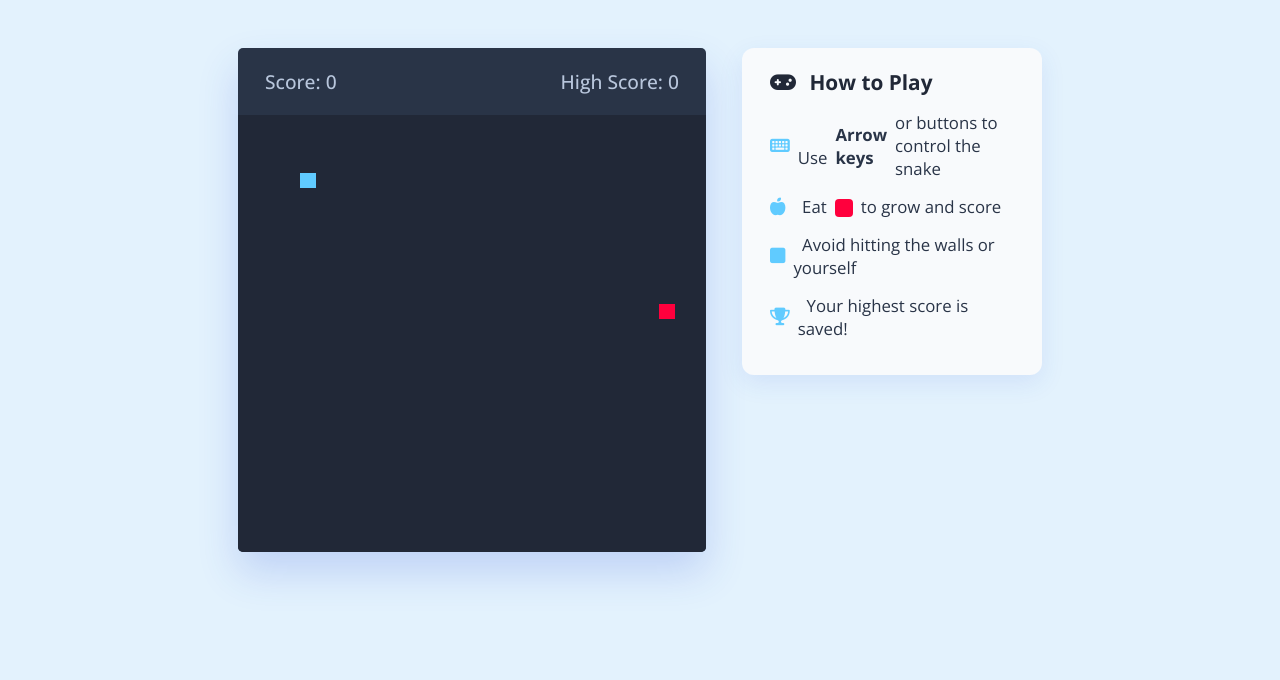
Repository: BinaryVortex/Snake-Game-React
Page: /
An editor plug-in stored every save of this project. The page is shown before and after the next save, followed by the edit.
The browser window is 1280 px wide. The pictures show the whole page.
The project was rebuilt for these pictures with package versions that can differ from the ones it lists, and the page was loaded fresh each time.

Above is the page before, as saved 2025-08-12 09:20:07.

### src/index.js
import React from 'react'
import ReactDOM from 'react-dom/client'
import App from './App'
import '@fortawesome/fontawesome-free/css/all.min.css'

const root = ReactDOM.createRoot(document.getElementById('root'))
root.render(
  <React.StrictMode>
    <App />
  </React.StrictMode>
)

### src/App.js
import React from 'react'
import SnakeGame from './SnakeGame'

function App() {
  return (
    <div>
      <SnakeGame />
    </div>
  )
}

export default App

### src/SnakeGame.js
import React, { useEffect, useRef, useState } from 'react'
import './SnakeGame.sass'

const BOARD_SIZE = 30

const getRandomPosition = () => ({
  x: Math.floor(Math.random() * BOARD_SIZE) + 1,
  y: Math.floor(Math.random() * BOARD_SIZE) + 1,
})

const SnakeGame = () => {
  const [food, setFood] = useState(getRandomPosition())
  const [snake, setSnake] = useState([{ x: 5, y: 5 }])
  const [direction, setDirection] = useState({ x: 0, y: 0 })
  const [score, setScore] = useState(0)
  const [highScore, setHighScore] = useState(
    Number(localStorage.getItem('high-score')) || 0
  )
  const [gameOver, setGameOver] = useState(false)
  const intervalRef = useRef(null)

  const changeDirection = (key) => {
    if (key === 'ArrowUp' && direction.y !== 1) setDirection({ x: 0, y: -1 })
    else if (key === 'ArrowDown' && direction.y !== -1) setDirection({ x: 0, y: 1 })
    else if (key === 'ArrowLeft' && direction.x !== 1) setDirection({ x: -1, y: 0 })
    else if (key === 'ArrowRight' && direction.x !== -1) setDirection({ x: 1, y: 0 })
  }

  useEffect(() => {
    const handleKeyUp = (e) => changeDirection(e.key)
    window.addEventListener('keyup', handleKeyUp)
    return () => window.removeEventListener('keyup', handleKeyUp)
  })

  const controlKeys = ['ArrowLeft', 'ArrowUp', 'ArrowRight', 'ArrowDown']

  useEffect(() => {
    if (gameOver) {
      clearInterval(intervalRef.current)
      setTimeout(() => {
        alert('Game Over! Press OK to replay...')
        window.location.reload()
      }, 50)
      return
    }

    intervalRef.current = setInterval(() => {
      setSnake((prevSnake) => {
        const head = { ...prevSnake[0] }
        head.x += direction.x
        head.y += direction.y

        if (
          head.x <= 0 ||
          head.x > BOARD_SIZE ||
          head.y <= 0 ||
          head.y > BOARD_SIZE ||
          prevSnake.some((segment, i) => i !== 0 && segment.x === head.x && segment.y === head.y)
        ) {
          setGameOver(true)
          return prevSnake
        }

        let newSnake = [head, ...prevSnake.slice(0, -1)]

        if (head.x === food.x && head.y === food.y) {
          setFood(getRandomPosition())
          newSnake = [head, ...prevSnake]
          setScore((s) => {
            const nextScore = s + 1
            if (nextScore > highScore) {
              setHighScore(nextScore)
              localStorage.setItem('high-score', nextScore)
            }
            return nextScore
          })
        }

        return newSnake
      })
    }, 100)

    return () => clearInterval(intervalRef.current)
  }, [direction, food, gameOver, highScore])

  useEffect(() => {
    setDirection({ x: 0, y: 0 })
  }, [])

  const cells = []
  cells.push(
    <div
      key="food"
      className="food"
      style={{ gridArea: `${food.y} / ${food.x}` }}
    />
  )
  snake.forEach((segment, i) => {
    cells.push(
      <div
        key={`snake-${i}`}
        className="head"
        style={{ gridArea: `${segment.y} / ${segment.x}` }}
      />
    )
  })

  return (
    <div className="snake-centerer">
      <div className="snake-layout">
        <div className="wrapper">
          <div className="game-details">
            <span className="score">Score: {score}</span>
            <span className="high-score">High Score: {highScore}</span>
          </div>
          <div className="play-board">{cells}</div>
          <div className="controls">
            {controlKeys.map((key) => (
              <i
                key={key}
                data-key={key}
                className={`fa-solid fa-arrow-${key
                  .replace('Arrow', '')
                  .toLowerCase()}-long`}
                onClick={() => changeDirection(key)}
              />
            ))}
          </div>
        </div>
        <div className="how-to-play-card">
          <h2>
            <i className="fa-solid fa-gamepad"></i>
            &nbsp;How to Play
          </h2>
          <ul>
            <li>
              <i className="fa-solid fa-keyboard"></i>
              &nbsp; Use <b>Arrow keys</b> or buttons to control the snake
            </li>
            <li>
              <i className="fa-solid fa-apple-whole"></i>
              &nbsp; Eat <span className="food-icon"></span> to grow and score
            </li>
            <li>
              <i className="fa-solid fa-square"></i>
              &nbsp; Avoid hitting the walls or yourself
            </li>
            <li>
              <i className="fa-solid fa-trophy"></i>
              &nbsp; Your highest score is saved!
            </li>
          </ul>
        </div>
      </div>
    </div>
  )
}

export default SnakeGame

### src/SnakeGame.sass
@import url('https://fonts.googleapis.com/css2?family=Open+Sans:wght@300;400;500;600;700&display=swap')

*
  margin: 0
  padding: 0
  box-sizing: border-box
  font-family: 'Open Sans', sans-serif

body
  background: #e3f2fd
  min-height: 100vh

.snake-layout
  display: flex
  align-items: flex-start
  justify-content: center
  gap: 36px
  padding-top: 48px

.wrapper
  width: 65vmin
  height: 70vmin
  display: flex
  overflow: hidden
  flex-direction: column
  justify-content: center
  background: #293447
  border-radius: 5px
  box-shadow: 0 20px 40px rgba(52, 87, 220, 0.2)

.game-details
  color: #b8c6dc
  font-weight: 500
  font-size: 1.2rem
  padding: 20px 27px
  display: flex
  justify-content: space-between

.play-board
  height: 100%
  width: 100%
  display: grid
  background: #212837
  grid-template: repeat(30, 1fr) / repeat(30, 1fr)
  .food
    background: #ff003d
  .head
    background: #60cbff

.controls
  display: none
  justify-content: space-between
  i
    padding: 25px 0
    text-align: center
    font-size: 1.3rem
    color: #b8c6dc
    width: calc(100% / 4)
    cursor: pointer
    border-right: 1px solid #171b26

.how-to-play-card
  min-width: 270px
  max-width: 300px
  background: #f8fafc
  border-radius: 12px
  box-shadow: 0 8px 24px rgba(52, 87, 220, 0.10)
  color: #293447
  text-align: left
  padding: 20px 28px
  margin-top: 0
  h2
    font-size: 1.3rem
    margin-bottom: 10px
    font-weight: 700
    color: #212837
    display: flex
    align-items: center
    gap: 8px
  ul
    list-style: none
    padding: 0
    margin: 0
    li
      font-size: 1.05rem
      margin: 15px 0
      display: flex
      align-items: center
      gap: 8px
      i
        color: #60cbff
        font-size: 1.1rem
      .food-icon
        display: inline-block
        width: 18px
        height: 18px
        border-radius: 4px
        background: #ff003d
        vertical-align: middle
        margin-bottom: -2px

@media screen and (max-width: 900px)
  .snake-layout
    flex-direction: column
    align-items: center
    gap: 24px
    padding-top: 24px
  .how-to-play-card
    max-width: 90vw
    margin: 0 auto 24px auto

@media screen and (max-width: 800px)
  .wrapper
    width: 90vmin
    height: 115vmin

  .game-details
    font-size: 1rem
    padding: 15px 27px

  .controls
    display: flex
    i
      padding: 15px 0
      font-size: 1rem

Loaded but not shown: public/index.html (common file)

After the next save:
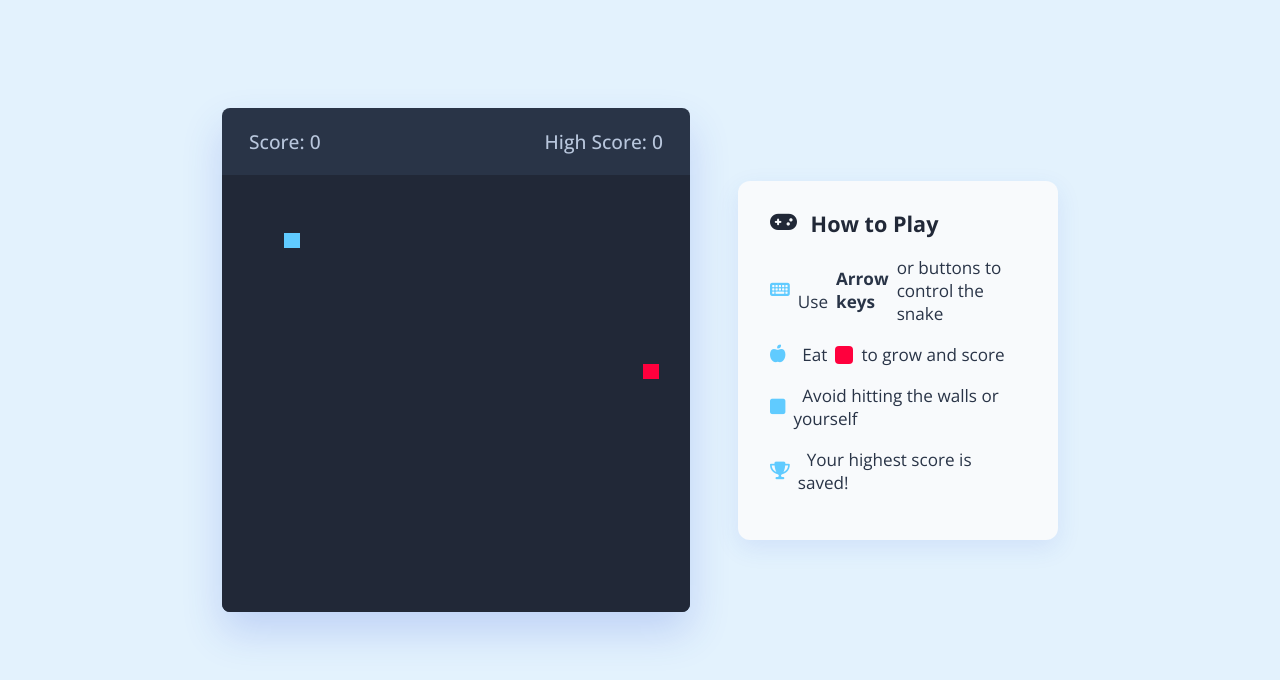
Saved 15 s later.
--- a/src/SnakeGame.sass
+++ b/src/SnakeGame.sass
@@ -10,12 +10,20 @@ body
   background: #e3f2fd
   min-height: 100vh
 
+.snake-centerer
+  min-height: 100vh
+  width: 100vw
+  display: flex
+  align-items: center
+  justify-content: center
+  // For mobile, adjust padding
+  padding: 0
+
 .snake-layout
   display: flex
-  align-items: flex-start
+  align-items: center
   justify-content: center
-  gap: 36px
-  padding-top: 48px
+  gap: 48px
 
 .wrapper
   width: 65vmin
@@ -25,7 +33,7 @@ body
   flex-direction: column
   justify-content: center
   background: #293447
-  border-radius: 5px
+  border-radius: 8px
   box-shadow: 0 20px 40px rgba(52, 87, 220, 0.2)
 
 .game-details
@@ -61,17 +69,17 @@ body
 
 .how-to-play-card
   min-width: 270px
-  max-width: 300px
+  max-width: 320px
   background: #f8fafc
   border-radius: 12px
   box-shadow: 0 8px 24px rgba(52, 87, 220, 0.10)
   color: #293447
   text-align: left
-  padding: 20px 28px
+  padding: 28px 32px
   margin-top: 0
   h2
-    font-size: 1.3rem
-    margin-bottom: 10px
+    font-size: 1.35rem
+    margin-bottom: 18px
     font-weight: 700
     color: #212837
     display: flex
@@ -82,8 +90,8 @@ body
     padding: 0
     margin: 0
     li
-      font-size: 1.05rem
-      margin: 15px 0
+      font-size: 1.07rem
+      margin: 18px 0
       display: flex
       align-items: center
       gap: 8px
@@ -99,15 +107,20 @@ body
         vertical-align: middle
         margin-bottom: -2px
 
+@media screen and (max-width: 1100px)
+  .snake-layout
+    gap: 24px
+
 @media screen and (max-width: 900px)
+  .snake-centerer
+    padding-top: 18px
   .snake-layout
     flex-direction: column
     align-items: center
-    gap: 24px
-    padding-top: 24px
+    gap: 18px
   .how-to-play-card
-    max-width: 90vw
-    margin: 0 auto 24px auto
+    max-width: 95vw
+    margin: 0 auto 32px auto
 
 @media screen and (max-width: 800px)
   .wrapper
